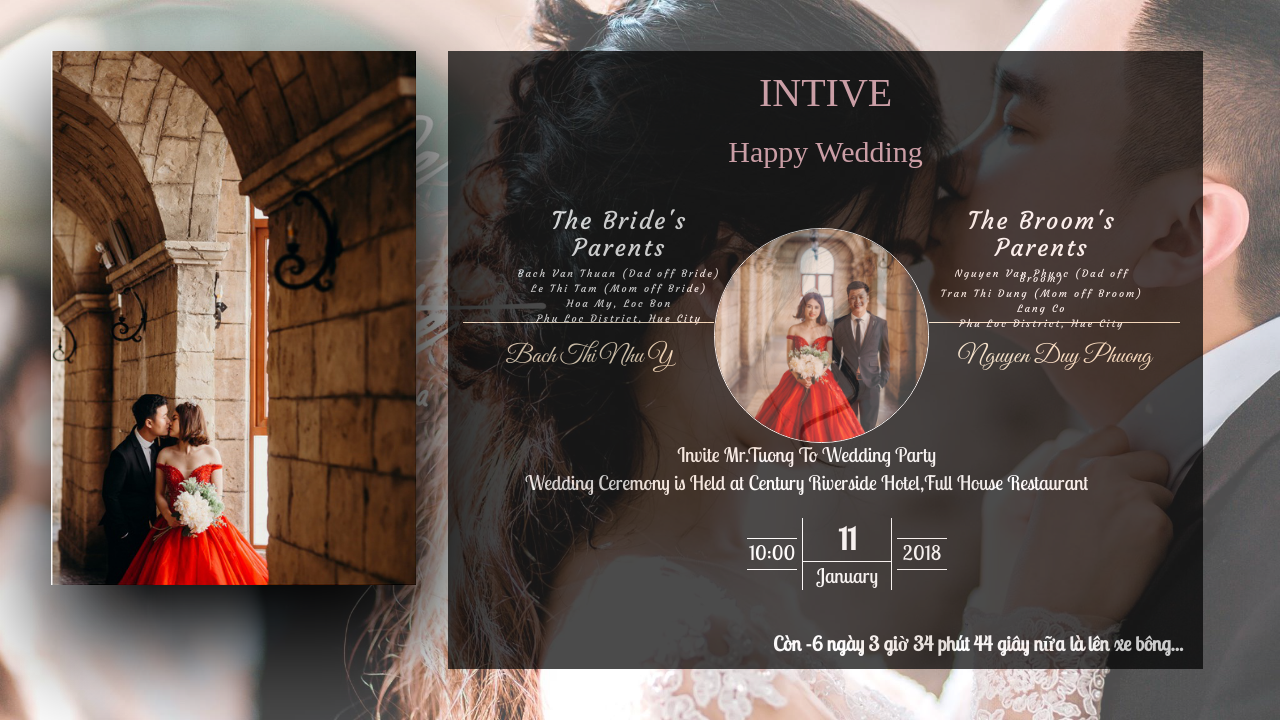
Repository: nguyenhuutuong999/WeddingOfSister
Page: wedding.html
An editor plug-in stored every save of this project. The page is shown before and after a run of saves, followed by the edit.
The browser window is 1280 px wide. The pictures show the whole page.
Some web fonts or font styles are not loaded; a fallback is used.

Above is the page before, as saved 2019-09-16 21:13:30.

### wedding.html
<!doctype html>
<html>

<head>
    <meta charset="utf-8">
    <meta name="viewport" content="width=device-width, initial-scale=1">
    <title>Wedding</title>

    <!-- Latest compiled and minified CSS & JS -->

    <link rel="stylesheet" href="./style.css">


    <!-- Latest compiled and minified CSS & JS -->
    <link rel="stylesheet" media="screen" href="//netdna.bootstrapcdn.com/bootstrap/3.3.4/css/bootstrap.min.css">
    <script src="//code.jquery.com/jquery.js"></script>
    <script src="//netdna.bootstrapcdn.com/bootstrap/3.3.4/js/bootstrap.min.js"></script>

    <link rel="stylesheet" href="./animate.css">
    <script type="text/javascript" src="./wow.min.js"></script>
    <script>
        new WOW().init();
    </script>

</head>


<body>
    <div id="container">
        <div id="opacity-background"></div>

        <div id="album">

            <img name="image_vh" src="./images/hh1.jpg" class="wow slideInLeft" data-wow-duration="1s">
        </div>
        <div id="content">
            <h1 id="invite">INTIVE</h1>
            <h2 id="happy">Happy Wedding</h2>
            <div id="infor">
                <div id="bride" class="wedding">
                    <!-- // <label>Le Thi Thanh Ngan</label> -->
                    <h3>The Bride's Parents</h3>
                    <p>Bach Van Thuan (Dad off Bride)</p>
                    <p>Le Thi Tam (Mom off Bride)</p>
                    <p>Hoa My, Loc Bon</p>
                    <p>Phu Loc District, Hue City</p>

                </div>
                <div id="broom" class="wedding">
                    <!--  -->
                    <h3>The Broom's Parents</h3>
                    <p>Nguyen Van Phuoc (Dad off Broom)</p>
                    <p>Tran Thi Dung (Mom off Broom)</p>
                    <p>Lang Co</p>
                    <p>Phu Loc District, Hue City</p>

                </div>
                <!-- <canvas id="myCanvas" width="470" height="300"></canvas> -->

            </div>
            <div id="colorful">
                <h2 style="margin-left: 0px;" class="name">Bach Thi Nhu Y</h2>
                <img name="image_s" id="radius" src="./images/s1.jpg" class="wow zoomIn" data-wow-duration="1s" />
                <h2 style="margin-left: 0px;" class="name">Nguyen Duy Phuong</h2>
            </div>
            <div id="desc">
                <div style="color: white; position: relative; margin-top: 38%;">Invite Mr.Tuong To Wedding Party</div>
                <div id="place">Wedding Ceremony is Held at Century Riverside Hotel,Full House Restaurant</div>
                <div id="time">
                    <div id="hour" class="border1">10:00</div>
                    <div id="day-month">
                        <div id="day">11</div>
                        <div id="month">January</div>
                    </div>
                    <div id="year" class="border1">2018</div>
                </div>

            </div>
            <p id="countDown"></p>
        </div>

</body>

</html>
<script type="text/javascript">
    window.onload = function () {

        setTimeout("switchImageVH()", 3000);
        setTimeout("switchImageS()", 2000);
        setTimeout("switchImageHH()", 2000);
    }
    var current_vh = 1;
    var num_image_vh = 13;

    var current_s = 1;
    var num_image_s = 7

    var current_hh = 1;
    var num_image_hh = 9;

    function switchImageVH() {
        current_vh++;
        document.images['image_vh'].src = './images/vh' + current_vh + '.jpg';

        if (current_vh < num_image_vh) {
            setTimeout("switchImageVH()", 3000);

        } else if (current_vh == num_image_vh) {

            current_vh = 1;
            setTimeout("switchImageVH()", 3000);
        }


    }
    function switchImageS() {
        current_s++;
        document.images['image_s'].src = './images/s' + current_s + '.jpg';

        if (current_s < num_image_s) {
            setTimeout("switchImageS()", 4000);

        } else if (current_s == num_image_s) {
            current_s = 1;
            setTimeout("switchImageS()", 4000);
        }
    }
    function switchImageHH() {
        current_hh++;
        document.images['image_s'].src = './images/s' + current_hh + '.jpg';

        if (current_hh < num_image_s) {
            setTimeout("switchImageS()", 4000);

        } else if (current_hh == num_image_s) {
            current_hh = 1;
            setTimeout("switchImageS()", 4000);
        }
    }


    var dateWedding = {

        date: 10,
        hour: 23,
        minutes: 59,
        second: 59,
    }

    setInterval(function () {
        var today = new Date();
        var date = "Còn " + (dateWedding.date - today.getDate()) + " ngày " + (dateWedding.hour - today.getHours()) + " giờ " + (dateWedding.minutes - today.getMinutes()) + " phút " + (dateWedding.second - today.getSeconds() + " giây nữa là lên xe bông...");
        document.getElementById("countDown").innerHTML = date;
    }, 1000);



    // var canvas = document.getElementById('myCanvas');
    // var context = canvas.getContext('2d');

    // // Xác đinh tâm là trọng tâm của Canvas
    // var x = canvas.width / 2;
    // var y = canvas.height / 2;

    // // bán kính 75px
    // var radius = 130;

    // // Góc bắt đầu là 1.1PI
    // var startAngle = 1.1 * Math.PI;

    // // Góc kết thúc là 1.9PI
    // var endAngle = 1.9 * Math.PI;

    // // Cùng chiều kim đồng hồ
    // var counterClockwise = false;

    // // Vẽ đường cung
    // context.beginPath();
    // context.arc(x, y, radius, startAngle, endAngle, counterClockwise);
    // context.lineWidth = 1.5;

    // // line color
    // context.strokeStyle = 'blanchedalmond';
    // context.stroke();


</script>

### style.css
@import url('https://fonts.googleapis.com/css?family=Great+Vibes&display=swap');
@import url('https://fonts.googleapis.com/css?family=Cookie&display=swap');
@import url('https://fonts.googleapis.com/css?family=Courgette&display=swap');
@import url('https://fonts.googleapis.com/css?family=Berkshire+Swash|Great+Vibes&display=swap');
@import url('https://fonts.googleapis.com/css?family=Lobster+Two&display=swap');
body,html{
    top:0;
    margin: 0;
    padding: 0;
    font-family: Impact, Haettenschweiler, 'Arial Narrow Bold', sans-serif;
    width: 100%;
    height: 100%;
}

#container{
    display: flex;
    background-image: url("./images/wedding6.jpg.png");
    background-repeat: repeat;
    background-size: cover;
    width: 100%;
    height: 100%;
    position: relative;
}
#opacity-background{

    position: absolute;
    top: 0;
    left: 0;
    width: 100%;
    height: 100%;
    background:white;
    opacity: 0.3;

}

#content{

    position: relative;
    background: rgb(0, 0, 0);
    opacity: 0.7;
    width: 59%;
    margin: 4% 1% 4% 0;

}
#album {
    width: 30%;
    position: relative;
    margin: 4% 1% 4% 4%;
}
#album img{

    width: 95%;
    box-shadow: 10px 50px 100px 10px black;
}

#invite{
    font-family: 'Berkshire Swash', cursive;
    color: pink;
    text-align: center;
    font-size: 40px;
}
#happy{
    font-family: 'Berkshire Swash', cursive;
    color: pink;
    text-align: center;
}
#infor{
    color: white;
    font-family: 'Courgette', cursive;
    font-size: 10px;
    display: flex;
    position: absolute;
    padding: 10px 50px;
    width: 100%;
}
.wedding{
    width: calc(100%/2);
    letter-spacing: 2px;
    text-align: center;
    line-height: 5px;
}
#colorful{
    color: white;
    font-family: 'Great Vibes', cursive;
    display: flex;
    margin-top: 0px;
    position: absolute;
    text-align: center;
    width: 95%;
    align-items: center;
    margin-top: 50px;
    margin-left: 2%;

}
.name{
    border-style: solid;
    border-width: 1px 0 0 0;
    padding:  20px 0;
    margin-top: 50px;
    color: blanchedalmond;
    width: 35%;
    font-size: 25px;
}
#radius{
    border-radius: 100%;
    border: solid 1.5px white;
    width: 30%;
}

#desc{
    position: relative;
    color: white;
    font-family: 'Lobster Two', cursive;
    font-size: 20px;
    margin-top: 00%;
    text-align: center;
    width: 95%;
}



#time{
    display: flex;
    position: relative;
    width: 40%;
    margin-left: 41%;
}
#hour{
    margin: 40px 5px;
}

#year{

    margin: 40px 5px;
}
.border1{
    border-style: solid;
    border-width: 0.1px 0;
    width: 50px;
}
#day-month{
    border-style: solid;
    border-width: 0 1.5px;
    width: 90px;
    margin: 20px 0;
}
#day{
    border-style: solid;
    border-width: 0 0 1px 0;
    width: 89px;

    font-size: 30px;
    font-weight: bold;
}
/* #myCanvas{
    position: absolute;
    margin-top: 110px;
    margin-left: 185px;


} */

#bride{
    margin-left: 10px;
}
#broom{
    margin-left: 200px;
}
#countDown{
    position: relative;
    font-family: 'Lobster Two', cursive;
    color: white;
    text-align: right;
    font-size: 20px;
    font-weight: bold;
    margin-top: 0%;

    padding: 20px;
}

@media only screen and (max-width: 600px) {

    #container{
        display: inline-block;
        background-image: url("./images/wedding5.jpg");
        background-repeat: repeat;
        background-size: cover;
        width: 100%;
        height: 100%;
        position: relative;
    }
    #invite{

        margin-top: 0px;
        padding: 5px;
        font-size: 1em;
    }
    #happy{
        font-size: 0.8em;
        margin-top: -10px;
    }
    #infor{
        margin-top: -30px;
        font-size: 5px;
        padding: 5px 10px;
    }
    .wedding h3{
        font-size: 10px;
    }
    .wedding{
        width: calc(100%);
        letter-spacing: 0.5px;
        font-size:6px;
        line-height: 0.5px;
    }
    #album img{

        width: 90%;
        box-shadow: 10px 50px 100px 10px black;
    }
    #bride{
        margin-left: 0px;
    }
    #broom{
        margin-left: 70px;
    }
    #colorful{
        width: 95%;
        margin-top: 5px;
        margin-left: 2%;

    }
    .name{
        padding:  10px 0;
        font-size: 10px;
    }
    #radius{
        border: solid 0.5px white;
    }

    #desc{
        position: relative;
        color: white;
        font-family: 'Lobster Two', cursive;
        font-size: 5px;
        margin-top: 30%;
        text-align: center;
        width: 95%;
    }

    #time{
        display: flex;
        position: relative;
        width: 40%;
        margin-left: 35%;
        margin-top: -30px;
        font-size: 7px;
    }
    #hour{
        margin: 45px 5px;
        width: 20%;
    }

    #year{
        width: 20%;
        margin: 45px 5px;
    }

    #day-month{
        border-width: 0 1px;
        width: 40px;
        margin: 35px 0;
    }
    #day{
        width: 100%;
        font-size: 10px;

    }
    #countDown{

        font-size: 8px;
        margin-top: -5%;
    padding: 5px;

    }
    #content{

        position: relative;
        background: rgb(0, 0, 0);
        opacity: 0.7;
        width: 92%;
        margin: 4%;

    }
    #album {
        width: 30%;
        position: absolute;
        margin: 100% 1% 4% 4%;
    }
    #album img{

        width: 95%;
        box-shadow: 10px 50px 100px 10px black;
    }
  }

/* @media only screen and (max-width: 600px) {
    #invite{
        margin-top: 5px;
        font-size: 1em;
    }
    #happy{
        font-size: 0.8em;
        margin-top: -10px;
    }
    #infor{
        margin-top: -30px;
        font-size: 5px;
        padding: 5px 10px;
    }
    .wedding h3{
        font-size: 8px;
    }
    .wedding{
        width: calc(100%);
        letter-spacing: 0.5px;
        font-size:5px;
        line-height: 0.5px;
    }
    #album img{

        width: 90%;
        box-shadow: 10px 50px 100px 10px black;
    }
    #bride{
        margin-left: 0px;
    }
    #broom{
        margin-left: 70px;
    }
    #colorful{
        width: 95%;
        margin-top: 5px;
        margin-left: 2%;

    }
    .name{
        padding:  10px 0;
        font-size: 10px;
    }
    #radius{
        border: solid 0.5px white;
    }

    #desc{
        position: relative;
        color: white;
        font-family: 'Lobster Two', cursive;
        font-size: 5px;
        margin-top: 30%;
        text-align: center;
        width: 95%;
    }

    #time{
        display: flex;
        position: relative;
        width: 40%;
        margin-left: 32%;
        margin-top: -30px;
        font-size: 7px;
    }
    #hour{
        margin: 45px 5px;
    }

    #year{

        margin: 45px 5px;
    }

    #day-month{
        border-width: 0 1px;
        width: 90px;
        margin: 35px 0;
    }
    #day{
        width: 100%;
        font-size: 10px;

    }
    #countDown{

        font-size: 8px;
        margin-top: -18%;

    }#content{

        position: relative;
        background: rgb(0, 0, 0);
        opacity: 0.7;
        width: 61%;
        margin: 4% 1px 0% 0;

    }
    #album {
        width: 30%;
        position: relative;
        margin: 4% 1% 4% 4%;
    }
    #album img{

        width: 95%;
        box-shadow: 10px 50px 100px 10px black;
    }
  } */

Loaded but not shown: animate.css (library); wow.min.js (library)

After the next 2 saves:
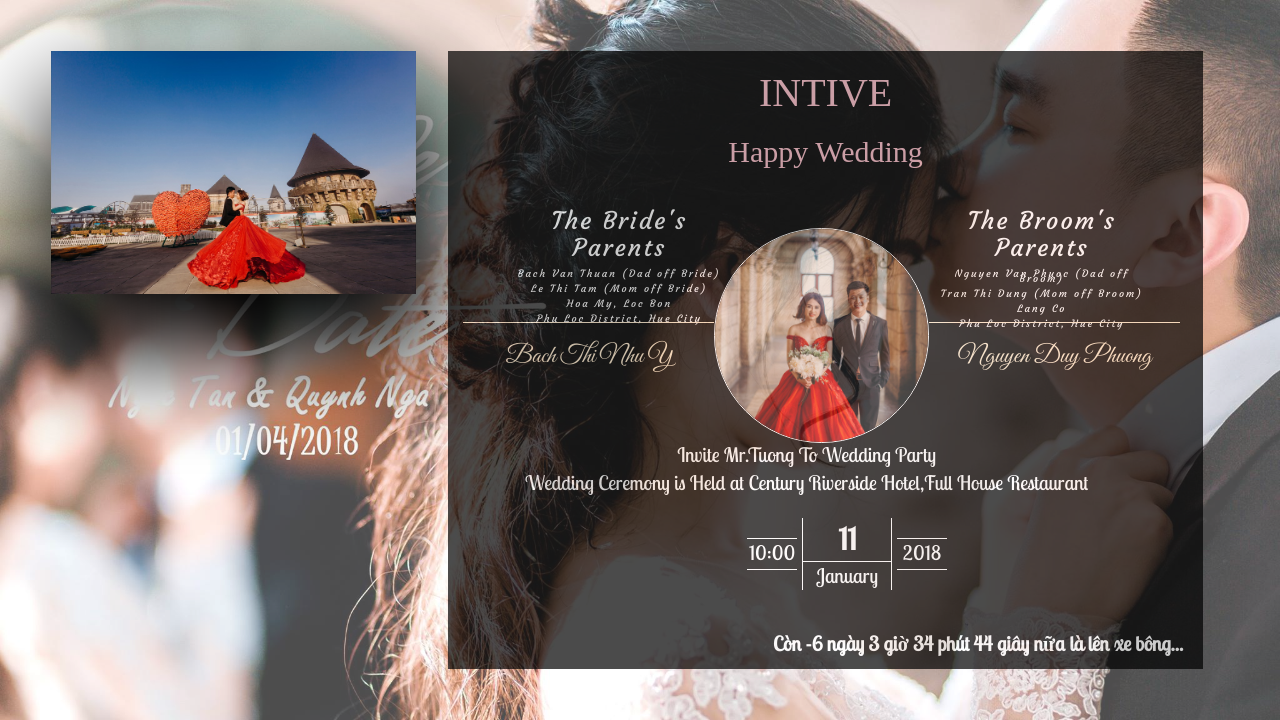
The 2 saves are shown as one change because they came seconds apart.
The last was saved 14 s later.
--- a/wedding.html
+++ b/wedding.html
@@ -100,7 +100,7 @@
 
     function switchImageVH() {
         current_vh++;
-        document.images['image_vh'].src = './images/vh' + current_vh + '.jpg';
+        document.images['image_vh'].src = './images/hh' + current_vh + '.jpg';
 
         if (current_vh < num_image_vh) {
             setTimeout("switchImageVH()", 3000);
